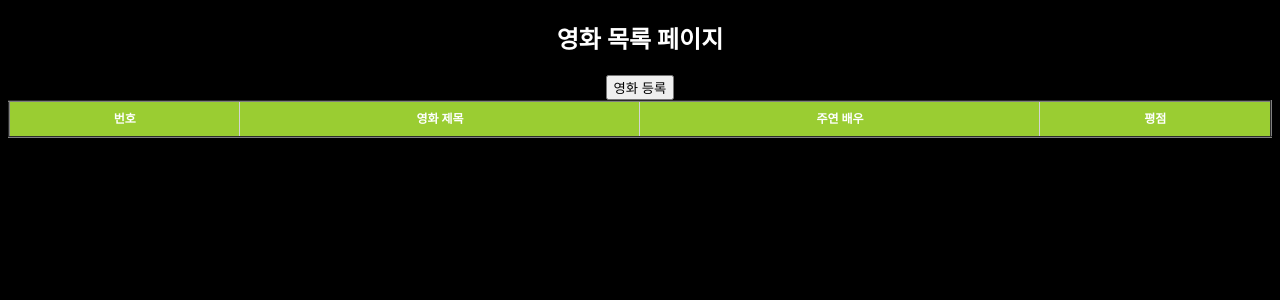
Repository: shinymusket/ideal-memory2
Page: http://localhost/homework10/MLS
The author's editor kept a copy of each file at every save. The page is drawn from the files as they stood at one save, then again after the next save.
The browser window is 1280 px wide. The pictures show the whole page.
The page is served by Tomcat 9. Other server files are loaded and not shown. Queries for data that is not in the repository find no rows.

Above is the page before, as saved 2022-06-17 08:42:14.

### homework10/WebContent/movieList.jsp
<%@ page language="java" contentType="text/html; charset=UTF-8"
    pageEncoding="UTF-8"%>
<%@ taglib prefix="c" uri="http://java.sun.com/jsp/jstl/core" %>
<!DOCTYPE html>
<html>
<head>
<meta charset="UTF-8">
<title>영화 목록 페이지</title>
<link type="text/css" href="style/movie.css" rel="stylesheet">
</head>
<body>
	<div id="" align="center">
		<h2>영화 목록 페이지</h2>
		<button type ="button" onclick="location.href='MR';">영화 등록</button>

		<table border="2">
			<tr>
				<th>번호</th>
				<th>영화 제목</th>
				<th>주연 배우</th>
				<th>평점</th>
			</tr>

			<c:forEach items="${movieList}" var="movie" varStatus="status">
				<tr>
					<td>${status.count}</td>
					<td><a href="MIS?movieCode=${movie.movieCode}">${movie.movieName}</a></td>
					<td>${movie.leadingActor}</td>
					<td>${movie.grade}</td>
				</tr>
			</c:forEach>

		</table>
	</div>
</body>
</html>

### homework10/src/com/green/servlet/MovieListServlet.java
package com.green.servlet;

import java.io.IOException;
import java.util.ArrayList;

import javax.servlet.ServletException;
import javax.servlet.annotation.WebServlet;
import javax.servlet.http.HttpServlet;
import javax.servlet.http.HttpServletRequest;
import javax.servlet.http.HttpServletResponse;
import javax.servlet.http.HttpSession;

import com.green.dao.MovieDAO;
import com.green.vo.MovieVO;


@WebServlet("/MLS")
public class MovieListServlet extends HttpServlet {

	protected void doGet(HttpServletRequest request, HttpServletResponse response) throws ServletException, IOException {
		HttpSession session = request.getSession();

		MovieDAO dao = MovieDAO.getInstance();

		ArrayList<MovieVO> movieList = dao.getMoiveList();

		session.setAttribute("movieList", movieList);
		request.getRequestDispatcher("movieList.jsp").forward(request, response);
	}

	protected void doPost(HttpServletRequest request, HttpServletResponse response) throws ServletException, IOException {

	}

}

### homework10/src/com/green/dao/MovieDAO.java
package com.green.dao;

import java.sql.Connection;
import java.sql.PreparedStatement;
import java.sql.ResultSet;
import java.sql.Statement;
import java.util.ArrayList;

import javax.naming.Context;
import javax.naming.InitialContext;
import javax.sql.DataSource;

import com.green.vo.MovieVO;

import oracle.jdbc.proxy.annotation.GetCreator;


public class MovieDAO {
	private MovieDAO() {}
	private static MovieDAO dao = new MovieDAO();
	public static MovieDAO getInstance() {
		return dao;
	}

	public Connection getConnection() throws Exception {
		Connection conn = null;
		Context initContext = new InitialContext();
		Context envContext  = (Context)initContext.lookup("java:/comp/env");
		DataSource ds = (DataSource)envContext.lookup("jdbc/myoracle");
		conn = ds.getConnection();

		return conn;
	}

	// 1. 영화 목록을 가져오는 메서드
	public ArrayList<MovieVO> getMoiveList() {
		ArrayList<MovieVO> movieList = new ArrayList<>();

		Connection conn = null;
		Statement stmt = null;
		ResultSet rs = null;

		String sql = "SELECT * FROM MovieInfoTbl";

		try {
			conn = getConnection();
			stmt = conn.createStatement();
			rs = stmt.executeQuery(sql);

			while (rs.next()) {
				MovieVO mVo = new MovieVO();
				String movieCode = rs.getString("MovieCode");
				String movieName = rs.getString("MovieName");
				String movieDirector = rs.getString("MovieDirector");
				String leadingActor = rs.getString("LeadingActor");
				int moviePrice = Integer.parseInt(rs.getString("MoviePrice"));
				String stillCutPath = rs.getString("StillCutPath");
				Double grade = rs.getDouble("grade");

				mVo.setMovieCode(movieCode);
				mVo.setMovieName(movieName);
				mVo.setMovieDirector(movieDirector);
				mVo.setLeadingActor(leadingActor);
				mVo.setMoviePrice(moviePrice);
				mVo.setStillCutPath(stillCutPath);
				mVo.setGrade(grade);

				movieList.add(mVo);
			}


		} catch(Exception e) {
			e.printStackTrace();
		} finally {
			try {
				if (rs != null) rs.close();
				if (stmt != null) stmt.close();
				if (conn != null) conn.close();

			} catch(Exception e) {
				e.printStackTrace();
			}
		}

		return movieList;
	}

	// 2. 영화를 등록하는 메서드
	public void regMovie(MovieVO mVo) {
		Connection conn = null;
		PreparedStatement psmt = null;

		String sql = "INSERT INTO MovieInfoTbl VALUES (MCODE_SEQ.nextval, ?, ?, ?, ?, ?, ?)";

		try {
			conn = getConnection();
			psmt = conn.prepareStatement(sql);

			psmt.setString(1, mVo.getMovieName());
			psmt.setString(2, mVo.getMovieDirector());
			psmt.setString(3, mVo.getLeadingActor());
			psmt.setInt(4, mVo.getMoviePrice());
			psmt.setString(5, mVo.getStillCutPath());
			psmt.setDouble(6, mVo.getGrade());

			psmt.executeUpdate();

		} catch(Exception e) {
			e.printStackTrace();
		} finally {
			try {
				if (psmt != null) psmt.close();
				if (conn != null) conn.close();
			} catch(Exception e) {
				e.printStackTrace();
			}
		}


	}

	// 3. 영화 코드로 정보 가져오기
	public MovieVO getMovieInfo(String movieCode) {
		MovieVO mVo = new MovieVO();

		Connection conn = null;
		PreparedStatement psmt = null;
		ResultSet rs = null;

		String sql = "SELECT * FROM MovieInfoTbl WHERE moviecode=?";

		try {
			conn = getConnection();
			psmt = conn.prepareStatement(sql);

			psmt.setString(1, movieCode);

			rs = psmt.executeQuery();

			if (rs.next()) {
				String movieName = rs.getString("MovieName");
				String movieDirector = rs.getString("MovieDirector");
				String leadingActor = rs.getString("LeadingActor");
				int moviePrice = Integer.parseInt(rs.getString("MoviePrice"));
				String stillCutPath = rs.getString("StillCutPath");
				Double grade = rs.getDouble("grade");


				mVo.setMovieCode(movieCode);
				mVo.setMovieName(movieName);
				mVo.setMovieDirector(movieDirector);
				mVo.setLeadingActor(leadingActor);
				mVo.setMoviePrice(moviePrice);
				mVo.setStillCutPath(stillCutPath);
				mVo.setGrade(grade);
			}



		} catch(Exception e) {
			e.printStackTrace();
		} finally {
			try {
				if (rs != null) rs.close();
				if (psmt != null) psmt.close();
				if (conn != null) conn.close();

			} catch(Exception e) {
				e.printStackTrace();
			}
		}


		return mVo;
	}

	// 4. 영화 코드로 영화 삭제하기
	public void deleteMovie(String movieCode) {
		Connection conn = null;
		PreparedStatement psmt = null;

		String sql = "DELETE MovieInfoTbl WHERE moviecode=?";

		try {
			conn = getConnection();
			psmt = conn.prepareStatement(sql);

			psmt.setString(1, movieCode);

			psmt.executeUpdate();

		} catch(Exception e) {
			e.printStackTrace();
		} finally {
			try {
				if (psmt != null) psmt.close();
				if (conn != null) conn.close();
			} catch(Exception e) {
				e.printStackTrace();
			}
		}


	}

	// 5. 영화 정보 수정하기
	public void alterMovie(MovieVO mVo) {
		Connection conn = null;
		PreparedStatement psmt = null;

		String sql = "UPDATE MovieInfoTbl SET movieName=?, movieDirector=?, LeadingActor=?, MoviePrice=?, StillCutPath=?, grade=? WHERE moviecode=?";

		try {
			conn = getConnection();
			psmt = conn.prepareStatement(sql);


			psmt.setString(1, mVo.getMovieName());
			psmt.setString(2, mVo.getMovieDirector());
			psmt.setString(3, mVo.getLeadingActor());
			psmt.setInt(4, mVo.getMoviePrice());
			psmt.setString(5, mVo.getStillCutPath());
			psmt.setDouble(6, mVo.getGrade());
			psmt.setString(7, mVo.getMovieCode());

			psmt.executeUpdate();


		} catch(Exception e) {
			e.printStackTrace();
		} finally {
			try {
				if (psmt != null) psmt.close();
				if (conn != null) conn.close();
			} catch(Exception e) {
				e.printStackTrace();
			}
		}


	}
}

### homework10/WebContent/style/movie.css
@charset "UTF-8";

#wrap {
	width: 971px;
	margin: 100px auto; /* 1024X768 해상도 */
}

body {
	background-color : black;
	color : white;
}

a {
	color : white;
}

table {
	width: 100%;
	border-collapse: collapse;
	font-size: 12px;
	line-height: 24px;
	text-align: center;
}

td, th {
	border: solid 1px #d3d3d3;
	padding: 5px;
}
th {
	background-color: yellowgreen;
}
img {
	width: 220px;
	height : 300px;
}
a {
	text-decoration: none;
	color: white;
}
a:hover {
	text-decoration: underLine;
	color: red;
}

After the next save:
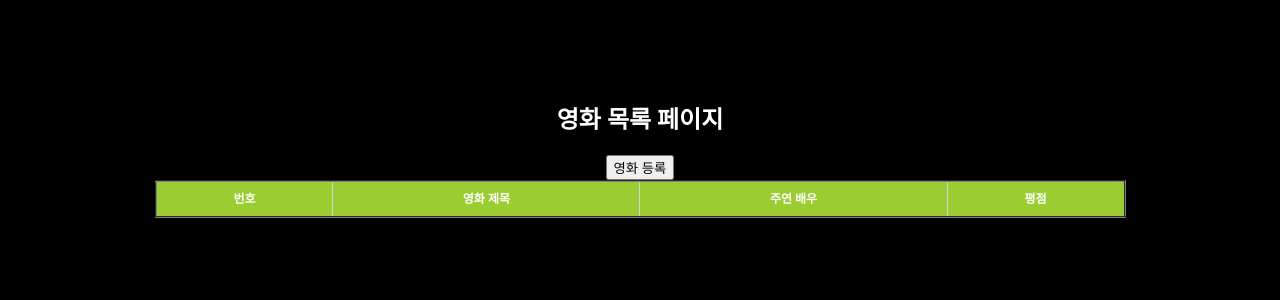
Saved 3 s later.
--- a/homework10/WebContent/movieList.jsp
+++ b/homework10/WebContent/movieList.jsp
@@ -9,7 +9,7 @@
 <link type="text/css" href="style/movie.css" rel="stylesheet">
 </head>
 <body>
-	<div id="" align="center">
+	<div id="wrap" align="center">
 		<h2>영화 목록 페이지</h2>
 		<button type ="button" onclick="location.href='MR';">영화 등록</button>
 
